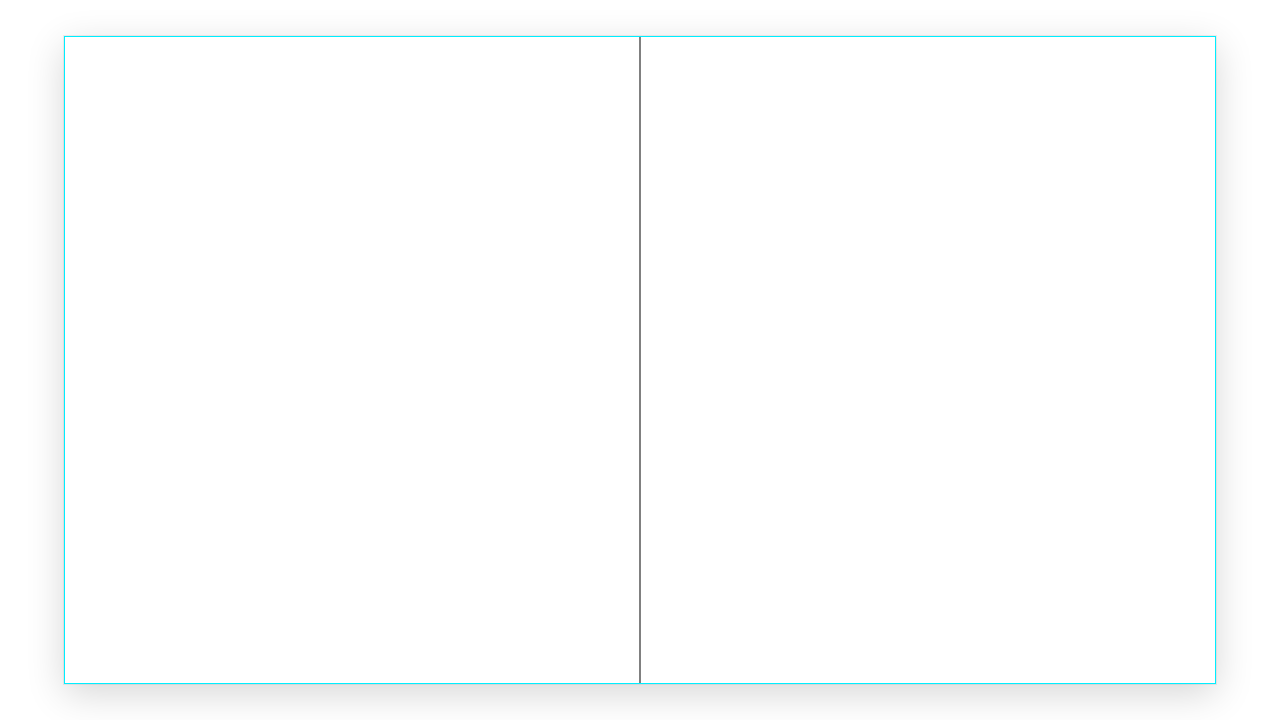
Repository: swastikjhacoder/mern-chat-frontend-only
Page: /
These files come from the project's save history. The page is drawn as it stood at one moment and after the next save; the edit follows.
The browser window is 1280 px wide. The pictures show the whole page.
The project was rebuilt for these pictures with package versions that can differ from the ones it lists, and the page was loaded fresh each time. Also part of the build but not shown: src/components/loginSignup/Login.jsx. Imported but missing from the stored project, and not drawn on this page: src/components/loginSignup/SignUp.

Above is the page before, as saved 2023-09-21 17:06:56.

### src/index.js
import React from "react";
import ReactDOM from "react-dom/client";
import "./index.css";
import App from "./App";
import { BrowserRouter } from "react-router-dom";
import { Provider } from "react-redux";
import { store } from "./redux/store";

const root = ReactDOM.createRoot(document.getElementById("root"));
root.render(
  <React.StrictMode>
    <Provider store={store}>
      <BrowserRouter>
        <App />
      </BrowserRouter>
    </Provider>
  </React.StrictMode>
);

### src/index.css
@import url('https://fonts.googleapis.com/css2?family=Poppins:ital,wght@0,100;0,200;0,300;0,400;0,500;0,600;0,700;0,800;0,900;1,400&display=swap');

:root {
  --border-color: #0ef;
  --box-shadow: rgba(0, 0, 0, 0.16) 0px 10px 36px 0px, rgba(0, 0, 0, 0.06) 0px 0px 0px 1px;
}

* {
  margin: 0;
  padding: 0;
  box-sizing: border-box;
  font-family: 'Poppins', sans-serif;
}

body {
  display: flex;
  flex-direction: column;
  justify-content: center;
  align-items: center;
}

.app-container {
  display: flex;
  width: 100vw;
  height: 100vh;
  flex-direction: column;
  justify-content: center;
  align-items: center;
}

.container {
  display: flex;
  flex-direction: column;
  justify-content: center;
  align-items: center;
  width: 90vw;
  height: 90vh;
  border: 1px solid var(--border-color);
  box-shadow: var(--box-shadow);
}

.left-sidebar-container {
  flex: 0.3;
  background-color: orange;
  border: 1px solid gray;
}

.right-sidebar-container {
  flex: 0.7;
  background-color: blue;
  border: 1px solid gray;
}

### src/App.js
// import { Button } from "@mui/material";
// import React from "react";
// import { useSelector, useDispatch } from "react-redux";
// import { toggleDarkMode, addUser, removeUser } from './redux/liveChatSlice';

// function App() {
//   const dispatch = useDispatch();
//   const mode = useSelector((state) => state.liveChat.mode);
//   const userInfo = useSelector((state) => state.liveChat.userInfo);
//   const background = useSelector( ( state ) => state.liveChat.background );
//   console.log(mode);
//   console.log(userInfo);
//   console.log(background);
//   return (
//     <>
//       <Button onClick={() => dispatch(toggleDarkMode())}>Click Me</Button>
//     </>
//   );
// }

// export default App;

import React from "react";
import { useSelector } from "react-redux";
import "./index.css";
import { Routes, Route } from "react-router-dom";
import MainContainer from "./components/MainContainer";
import Login from "./components/loginSignup/Login";
import SignUp from "./components/loginSignup/SignUp";
import ChatContainer from "./components/chat/ChatContainer";

const App = () => {
  const background = useSelector((state) => state.liveChat.background);
  console.log(background);
  return (
    <>
      <div style={{ backgroundColor: background }} className="app-container">
        <Routes>
          <Route path="/" element={<MainContainer />}>
            <Route path="login" element={<Login />} />
            <Route path="signup" element={<SignUp />} />
            <Route path="chat" element={<ChatContainer />} />
          </Route>
        </Routes>
      </div>
    </>
  );
};

export default App;

### src/redux/store.js
import { configureStore } from '@reduxjs/toolkit';
import liveChatReducer from './liveChatSlice';

export const store = configureStore({
  reducer: {
    liveChat: liveChatReducer,
  },
});

### src/components/MainContainer.jsx
import React from "react";
import { Outlet } from "react-router-dom";
import { useSelector } from "react-redux";
import Login from "./loginSignup/Login";
import ChatContainer from "./chat/ChatContainer";

const MainContainer = () => {
  const user = useSelector((state) => state.liveChat.userInfo);
  console.log(user);
  return (
    <>
      <div className="main-container">
        {/* { user ? <ChatContainer/> : <Login /> } */}
        <ChatContainer />
      </div>
      <Outlet />
    </>
  );
};

export default MainContainer;

### src/components/chat/ChatContainer.jsx
import React from 'react';

const ChatContainer = () => {
  return (
    <div className="container">
      <div className="left-sidebar-container"></div>
      <div className="right-sidebar-container"></div>
    </div>
  );
}

export default ChatContainer

### src/redux/liveChatSlice.js
import { createSlice } from "@reduxjs/toolkit";

const initialState = {
  mode: JSON.parse(localStorage.getItem("darkMode")) || false,
  userInfo: null,
  background: JSON.parse(localStorage.getItem("backgroundColor")) || "#fff",
};

export const liveChatSlice = createSlice({
  name: "liveChat",
  initialState,
  reducers: {
    toggleDarkMode: (state) => {
      state.mode = !state.mode;
      if (!state.mode) {
        state.background = "#fff";
      } else {
        state.background = "#081b29";
      }
      localStorage.setItem("darkMode", JSON.stringify(state.mode));
      localStorage.setItem("backgroundColor", JSON.stringify(state.background));
    },
    addUser: (state, action) => {
      state.userInfo = action.payload;
    },
    removeUser: (state) => {
      state.userInfo = null;
    },
  },
});

export const { toggleDarkMode, addUser, removeUser } =
  liveChatSlice.actions;
export default liveChatSlice.reducer;

After the next save:
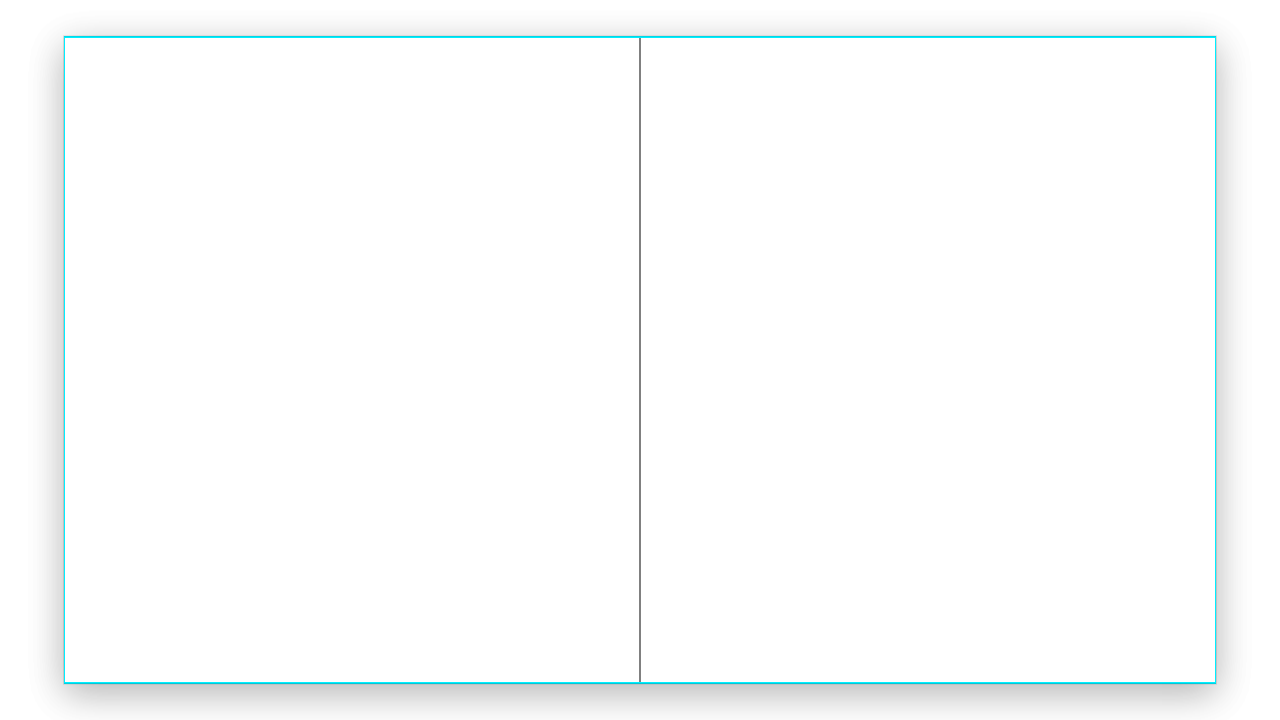
Saved 37 s later.
--- a/src/components/MainContainer.jsx
+++ b/src/components/MainContainer.jsx
@@ -9,7 +9,7 @@
   console.log(user);
   return (
     <>
-      <div className="main-container">
+      <div className="container">
         {/* { user ? <ChatContainer/> : <Login /> } */}
         <ChatContainer />
       </div>

After the save that followed:
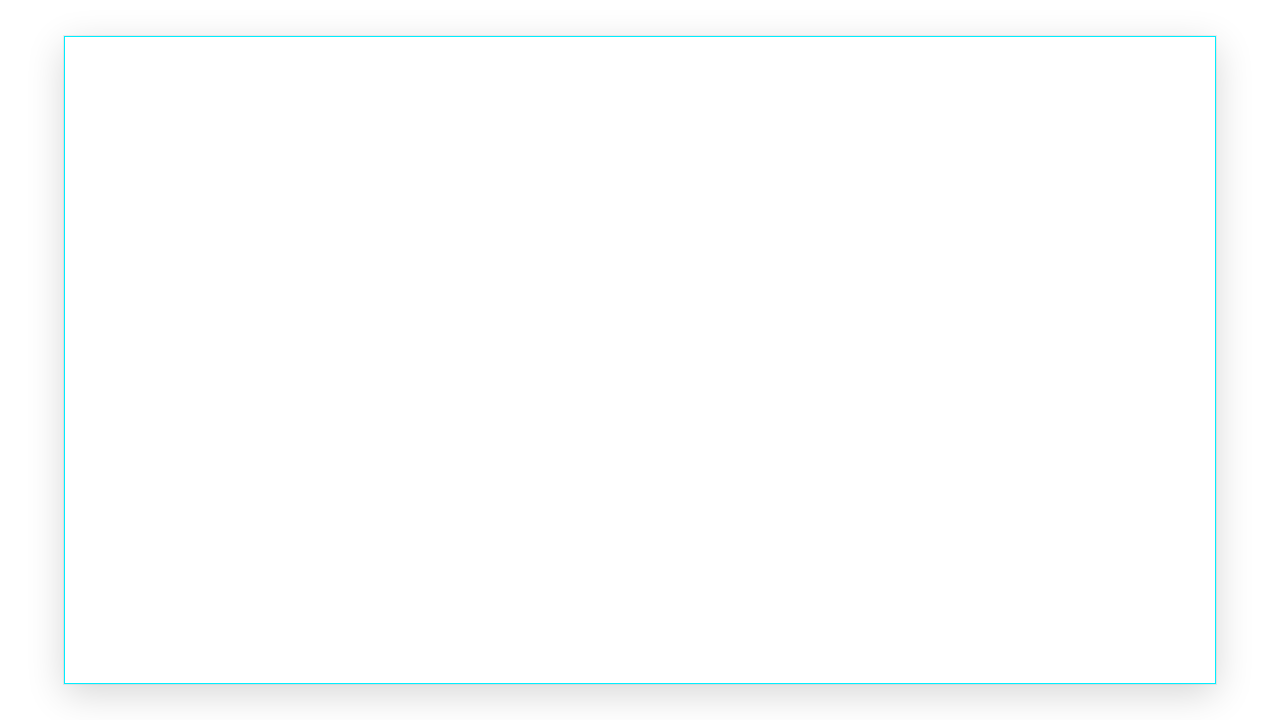
Saved 32 s later.
--- a/src/components/MainContainer.jsx
+++ b/src/components/MainContainer.jsx
@@ -11,7 +11,7 @@
     <>
       <div className="container">
         {/* { user ? <ChatContainer/> : <Login /> } */}
-        <ChatContainer />
+
       </div>
       <Outlet />
     </>
